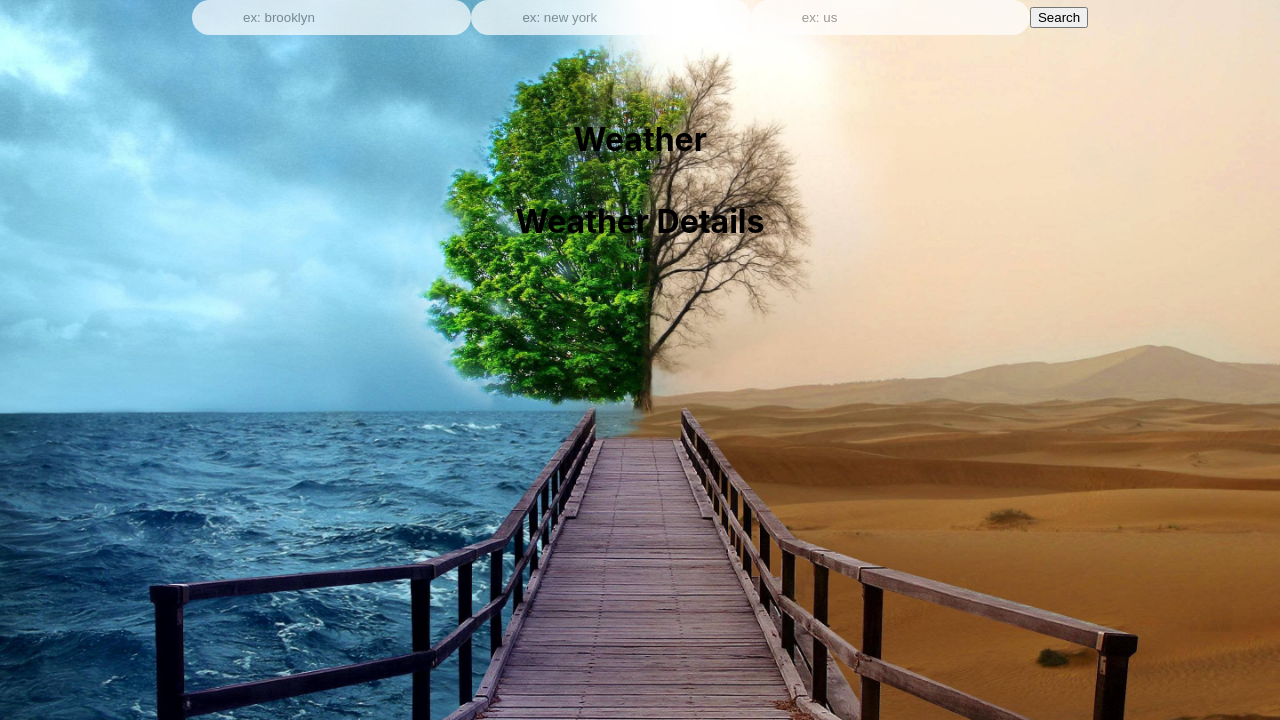
Repository: Mohsin231/Weather_App
Page: /
These files come from the project's save history. The page is drawn as it stood at one moment and after the next save; the edit follows.
The browser window is 1280 px wide. The pictures show the whole page.
The project was rebuilt for these pictures with package versions that can differ from the ones it lists, and the page was loaded fresh each time.

Above is the page before, as saved 2021-01-25 04:19:24.

### src/App.js
import React, { useState } from 'react'
import Weather from './Components/Weather'
import WeatherDetails from './Components/WeatherDetails'
import SearchForm from './Components/SearchForm'
import { Route } from 'react-router-dom';
import './App.css';


function App() {

  const [data, setData] = useState({
    city:"",
    state:"",
    country:""
  })

  const [weatherData, setWeatherData] = useState(null);

  const [weatherDetails, setWeatherDetails] = useState(null);



  function handleChange(event) {
    setData({...data, [event.target.id]:event.target.value})
    console.log(data)

    }



  return (
    <>

    <div className="App">
      <SearchForm
      handleChange={handleChange}
      data={data}
      setData={setData}
      setWeatherData={setWeatherData}
      setWeatherDetails={setWeatherDetails}
      />

<Route path="/" exact component={() => <Weather data={data} setData={setData} weatherData={weatherData}  />} />
<Route path="/" exact component={() => <WeatherDetails data={data} setData={setData} weatherDetails={weatherDetails} />} />




    </div>
    </>

  );
}

export default App;

### src/Components/Weather.js
import React, { useState, useEffect } from "react";
import WeatherDetails from "../Components/WeatherDetails";
import '../Weather.css';


const Weather = ({ data, setData, weatherData }) => {
  const [action, setAction] = useState("");

  return (
      <div className="main">
        <h1>Weather</h1>

        {weatherData &&
        (
          <div className="city-container">

            <div className="city">
            <h2 className="city-name">
              <span>{weatherData.name}, {weatherData.sys.country}</span>
            </h2>

            <div className="city-temp">
              {Math.round(weatherData.main.temp)}
              <sup>&deg;F</sup>
            </div>

            <div className="icon">
              <img className="city-icon" src={`https://openweathermap.org/img/wn/${weatherData.weather[0].icon}@2x.png`} alt={weatherData.weather[0].description} />
              <p>{weatherData.weather[0].description}</p>
            </div>
            </div>

            <button onClick = {() => {setAction("moreDetails")}} id="moreDetails">Show more details...</button>
            </div>


)
}
      {
        action === "moreDetails"
        &&
        <WeatherDetails/>
      }
      </div>

    );
}

export default Weather;
//extracts information



// {weatherData && (
//   <div className="city"
//   <h2 className="city">
//     <span>{weatherData.name}, {weatherData.sys.country}</span>
//   </h2>

// <div className="city-temp">
//   {Math.round(weatherData.main.temp)}
//   <sup>&deg;F</sup>
// </div>

// <div className="city-icon">
// <img className="weather-icon" src={`http://openweathermap.org/img/wn/${weatherData.weather[0].icon}@2x.png`} alt={weatherData.weather[0].description} />
// <p>{weatherData.weather[0].description}</p>
// </div>

// </div>

// )}

// </div>
// </>

### src/Components/WeatherDetails.js
import React, { useState, useEffect } from "react";
import '../WeatherDetails.css';

const WeatherDetails = ({data, setData, weatherDetails }) => {

  return (
    <div className="main">
      <h1>Weather Details</h1>

      {weatherDetails &&
      (
        <div className="moreInfo">
          <h2>Feels Like: {weatherDetails.main.feels_like}</h2>
          <h2>Min: {weatherDetails.main.temp_min}, Max:{weatherDetails.main.temp_max}</h2>
          <h2>Humidity: {weatherDetails.main.humidity}</h2>
          <h2>Wind Speed: {weatherDetails.wind.speed}</h2>
          </div>

)
}

    </div>

  );
}

export default WeatherDetails;
//displays details of weather

### src/Components/SearchForm.js
import React, {useEffect} from 'react';
import '../SearchForm.css';
//search


  // Destructure props object
  function SearchForm({handleChange, data, setData, setWeatherData, setWeatherDetails }) {


    const getData = () => {

      let url = `http://api.openweathermap.org/data/2.5/weather?q=${data.city},${data.state},${data.country}&units=imperial&appid=${process.env.REACT_APP_ONEDAY}`

    fetch(url)
      .then(res => res.json())
      .then(res => {
        console.log(res)
        setWeatherData(res);
        setWeatherDetails(res)
      })
      .catch(err => {
        console.error(err);
      });}

  function handleSubmit(event) {
    event.preventDefault();
    getData();
  }

    return (
      <form onSubmit={handleSubmit} className="searchForm">
        <input
          className="search"
          id="city"
          placeholder="ex: brooklyn"
          type="text"
          name="searchString"
          required
          onChange={handleChange}
          value={data.city}
        />
        <input
        className="search"
          id="state"
          placeholder="ex: new york"
          type="text"
          name="searchString"
          required
          onChange={handleChange}
          value={data.state}
        />
        <input
        className="search"
          id="country"
          placeholder="ex: us"
          type="text"
          name="searchString"
          required
          onChange={handleChange}
          value={data.country}
        />
        <button>Search</button>
      </form>
    );
  }
  export default SearchForm;

### src/App.css
.App {
  text-align: center;

}

body {
  background: url("./images/weatherBackground.jpg");
  background-size: cover;
  background-repeat: no-repeat;
}

### src/Weather.css

.main {
    height: 100%;
    display: flex;
    justify-content: center;
    align-items: center;
    flex-direction: column;
  }

  .city {
    padding: 40px, 40px, 60px, 60px;
    border-radius: 25px;
    background: rgba(235, 230, 230, 0.85);
}

#moreDetails {
    margin-top: 100px;
}

### src/WeatherDetails.css
.more-info {
    padding: 40px, 40px, 60px, 60px;
    border-radius: 25px;
    background: rgba(235, 230, 230, 0.85);

}
.main {
    height: 100%;
    display: flex;
    justify-content: center;
    align-items: center;
    flex-direction: column;
  }

### src/SearchForm.css
.search {
    outline: none;
    padding: 10px 4%;
    border-radius: 20px;
    border: none;
    margin-bottom: 5%;
    opacity: 0.7;
}

Loaded but not shown: public/index.html (common file); src/index.js (common file); src/index.css (common file); src/reportWebVitals.js (common file)

After the next save:
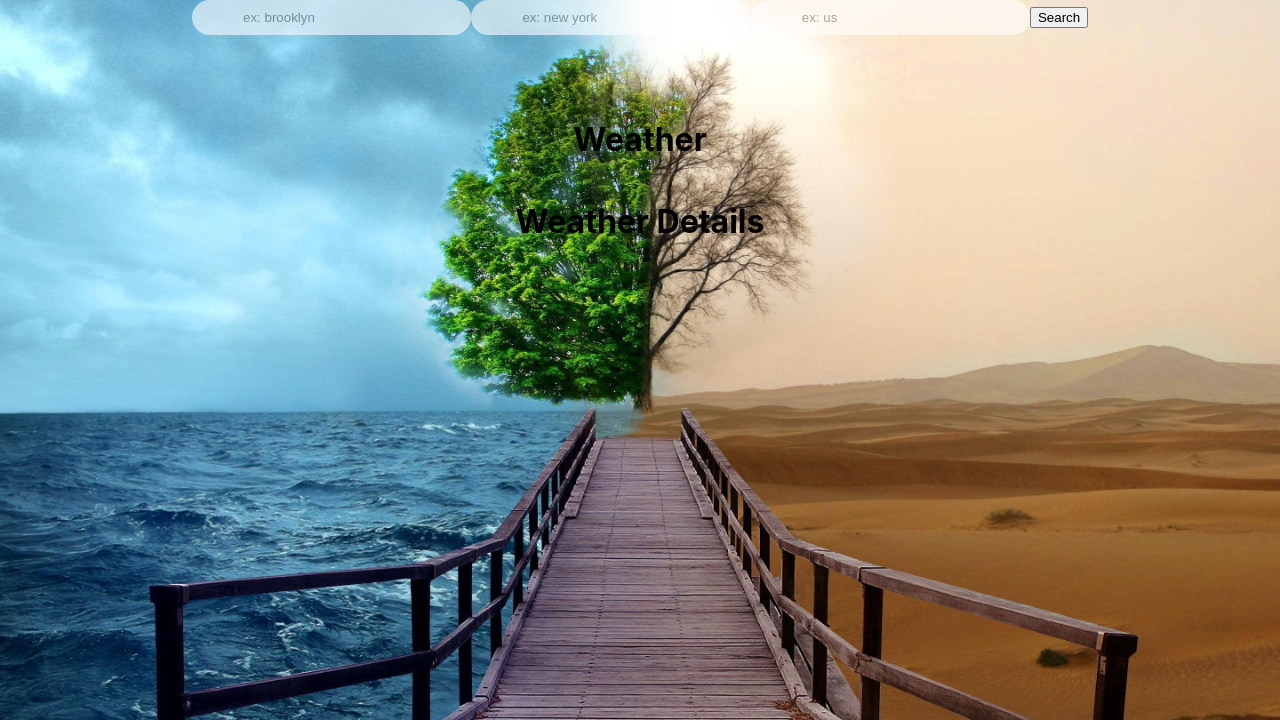
Saved 9 s later.
--- a/src/SearchForm.css
+++ b/src/SearchForm.css
@@ -4,5 +4,5 @@
     border-radius: 20px;
     border: none;
     margin-bottom: 5%;
-    opacity: 0.7;
+    opacity: 0.6;
 }
